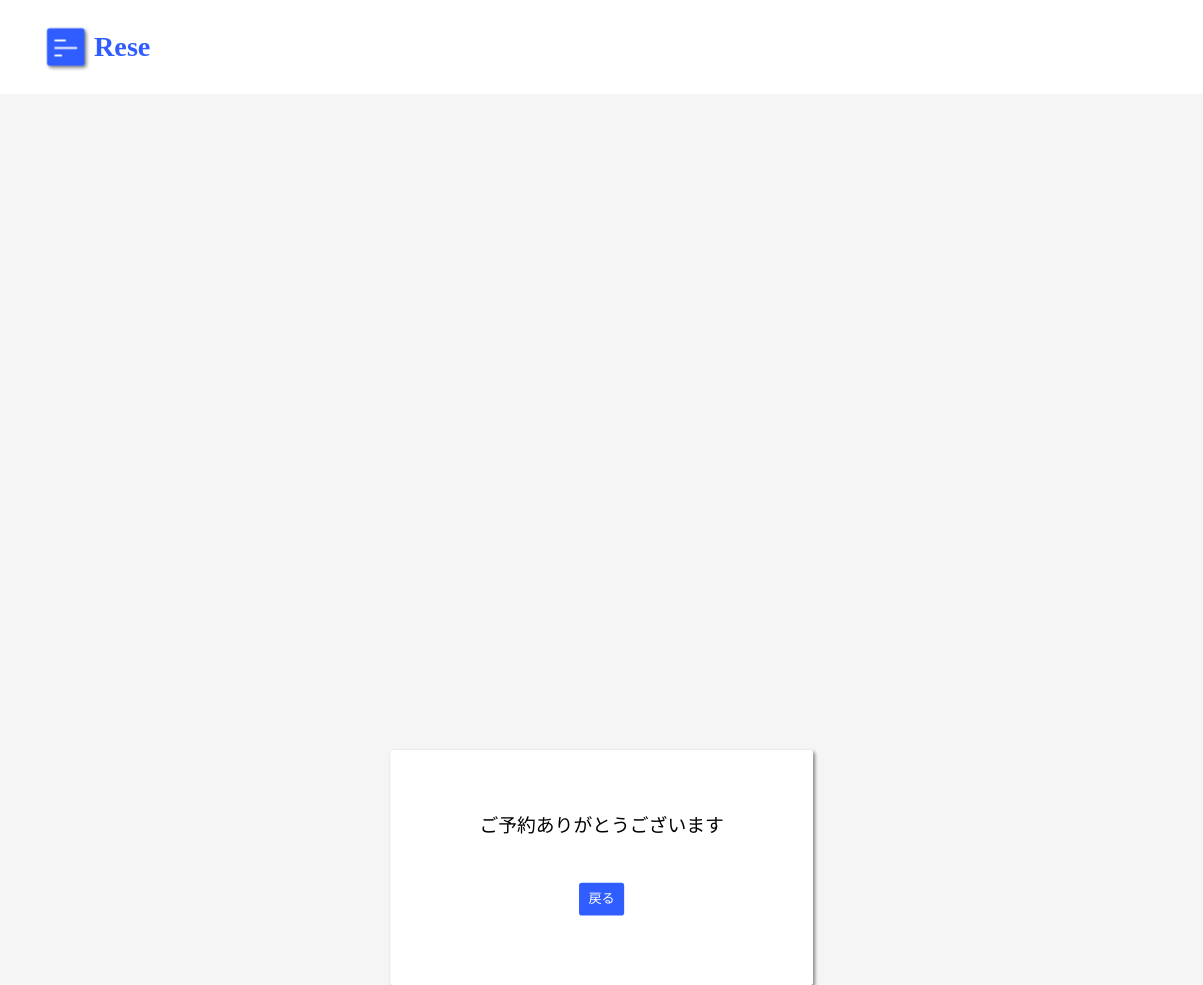
Repository: Haruka-Wada/Rese
Page: http://localhost/done
An editor plug-in stored every save of this project. The page is shown before and after a run of saves, followed by the edit.
The browser window is 1280 px wide. The pictures show the whole page, at 94% of full size.
The page is served by the project's Laravel application, run on PHP 8.4 with Laravel 8. Other server files are loaded and not shown.

Above is the page before, as saved 2024-10-28 15:24:21.

### src/routes/web.php
<?php

use App\Http\Controllers\ReseController;
use Illuminate\Support\Facades\Route;

/*
|--------------------------------------------------------------------------
| Web Routes
|--------------------------------------------------------------------------
|
| Here is where you can register web routes for your application. These
| routes are loaded by the RouteServiceProvider within a group which
| contains the "web" middleware group. Now create something great!
|
*/

Route::get('/', [ReseController::class, 'index']);
Route::get('/done', [ReseController::class, 'done']);

### src/app/Http/Controllers/ReseController.php
<?php

namespace App\Http\Controllers;

use Illuminate\Http\Request;

class ReseController extends Controller
{
    function index() {
        return view('shop_all');
    }

    function done() {
        return view('done');
    }
}

### src/resources/views/done.blade.php
@extends('layouts.app')

@section('css')
<link rel="stylesheet" href="{{ asset('css/thanks_done.css') }}">
@endsection

@section('main')
<div class="main__container">
    <div class="main__text">
        <p>ご予約ありがとうございます</p>
    </div>
    <div class="main__login">
        <a class="main__login-button" href="./">戻る</a>
    </div>
</div>
@endsection

### src/resources/views/layouts/app.blade.php
<!DOCTYPE html>
<html lang="ja">

<head>
    <meta charset="UTF-8">
    <meta name="viewport" content="width=device-width, initial-scale=1.0">
    <title>Rese</title>
    <link rel="stylesheet" href="{{ asset('css/sanitize.css') }}">
    <link rel="stylesheet" href="{{ asset('css/app.css') }}">
    @yield('css')
    <script src="https://ajax.googleapis.com/ajax/libs/jquery/3.3.1/jquery.min.js"></script>
</head>

<body>
    <header>
        <div class="header__overlay">
            <div class="header">
                <div class="header__hamburger">
                    <span></span>
                    <span></span>
                    <span></span>
                </div>
                <h1 class="header__logo">Rese</h1>
            </div>
        </div>
        <div class="body__overlay">
            <ul class="hamburger__menu">
                <li><a href="/" class="hamburger__menu-link">HOME</a></li>
                @if(Auth::check())
                <li>
                    <form action="/logout" method="post">
                        @csrf
                        <button class="hamburger__menu-logout">Logout</button>
                    </form>
                </li>
                <li><a href="/" class="hamburger__menu-link">Mypage</a></li>
                @else
                <li><a href="/register" class="hamburger__menu-link registration">Registration</a></li>
                <li><a href="/login" class="hamburger__menu-link">Login</a></li>
                @endif
            </ul>
        </div>
    </header>
    <main>
        @yield('main')
    </main>

    <script type="text/javascript">
        $(function() {
            $('.header__hamburger').click(function() {
                $('.header__hamburger,.header__logo,.hamburger__menu,.header,.body__overlay').toggleClass('active');
            });
        });
    </script>
</body>

</html>

### src/public/css/sanitize.css
/*
html5doctor.com Reset Stylesheet
v1.6.1
Last Updated: 2010-09-17
Author: Richard Clark - http://richclarkdesign.com
Twitter: @rich_clark
*/

html,
body,
div,
span,
object,
iframe,
h1,
h2,
h3,
h4,
h5,
h6,
p,
blockquote,
pre,
abbr,
address,
cite,
code,
del,
dfn,
em,
img,
ins,
kbd,
q,
samp,
small,
strong,
sub,
sup,
var,
b,
i,
dl,
dt,
dd,
ol,
ul,
li,
fieldset,
form,
label,
legend,
table,
caption,
tbody,
tfoot,
thead,
tr,
th,
td,
article,
aside,
canvas,
details,
figcaption,
figure,
footer,
header,
hgroup,
menu,
nav,
section,
summary,
time,
mark,
audio,
video {
    margin: 0;
    padding: 0;
    border: 0;
    outline: 0;
    font-size: 100%;
    vertical-align: baseline;
    background: transparent;
}

body {
    line-height: 1;
}

article,
aside,
details,
figcaption,
figure,
footer,
header,
hgroup,
menu,
nav,
section {
    display: block;
}

nav ul {
    list-style: none;
}

blockquote,
q {
    quotes: none;
}

blockquote:before,
blockquote:after,
q:before,
q:after {
    content: '';
    content: none;
}

a {
    margin: 0;
    padding: 0;
    font-size: 100%;
    vertical-align: baseline;
    background: transparent;
}

/* change colours to suit your needs */
ins {
    background-color: #ff9;
    color: #000;
    text-decoration: none;
}

/* change colours to suit your needs */
mark {
    background-color: #ff9;
    color: #000;
    font-style: italic;
    font-weight: bold;
}

del {
    text-decoration: line-through;
}

abbr[title],
dfn[title] {
    border-bottom: 1px dotted;
    cursor: help;
}

table {
    border-collapse: collapse;
    border-spacing: 0;
}

/* change border colour to suit your needs */
hr {
    display: block;
    height: 1px;
    border: 0;
    border-top: 1px solid #cccccc;
    margin: 1em 0;
    padding: 0;
}

input,
select {
    vertical-align: middle;
}

### src/public/css/app.css
body {
    background-color: whitesmoke;
    width: 100vw;
    height: 100vh;
    overflow-x: hidden;
}

.header {
    height: 10%;
    margin: 0 auto;
    display: flex;
    align-items: center;
    padding: 50px;
    position: relative;
}

.header__overlay {
    display: block;
    width: 100%;
    height: 100%;
    background-color: white;

}

.header__logo {
    color: #305DFF;
    font-size: 30px;
    position: fixed;
    left: 100px;
    transition: 1s;
}

.header__hamburger {
    width: 40px;
    height: 40px;
    position: relative;
    position: fixed;
    background-color: #305DFF;
    border-radius: 3px;
    box-shadow: 2px 2px 4px gray;
}

.header__hamburger span {
    position: absolute;
    height: 2px;
    background-color: white;
    transition: .5s;
}

.header__hamburger span:first-of-type {
    width: 30%;
    top: 30%;
    left: 20%;
}

.header__hamburger span:nth-of-type(2) {
    width: 60%;
    top: 50%;
    left: 20%;
}

.header__hamburger span:last-of-type {
    width: 20%;
    top: 70%;
    left: 20%;
}

.hamburger__menu {
    background-color: white;
    width: 100%;
    padding: 100px 0;
    position: fixed;
    top: 130px;
    left: 0;
    transform: translateX(-100%);
    transition: .5s;
}

.hamburger__menu li {
    text-align: center;
    list-style: none;
    line-height: 300%;
}

.hamburger__menu-link {
    color: #305DFF;
    font-size: 25px;
    text-decoration: none;
    font-weight: 550;
}

.hamburger__menu-logout {
    border: none;
    outline: none;
    background-color: white;
    color: #305DFF;
    font-size: 25px;
    margin: 20px;
}

.registration {
    display: block;
    margin: 20px;
}

.body__overlay {
    height: 90vh;
    margin: 0 auto;
    display: flex;
    align-items: center;
    position: relative;
    overflow: hidden;
}

.body__overlay.active:after {
    position: absolute;
    content: '';
    top: 0;
    left: 0;
    background: white;
    width: 100%;
    height: 100%;
    z-index: -1;
    transform: translateX(-100%);
    animation-name: test_box_slide;
    animation-duration: .5s;
    animation-fill-mode: forwards;
    transform: translateX(-100%);
}

@keyframes test_box_slide {
    0% {
        transform: translate(-100%, 0)
    }

    100% {
        transform: translate(0, 0)
    }
}

.header__hamburger.active span:first-of-type {
    top: 50%;
    width: 60%;
    transform: rotate(45deg);
}

.header__hamburger.active span:nth-of-type(2) {
    opacity: 0;
}

.header__hamburger.active span:last-of-type {
    top: 50%;
    width: 60%;
    transform: rotate(-45deg);
}

.hamburger__menu.active {
    transform: translateX(0);
    z-index: 1;
}

.header__logo.active {
    opacity: 0;
}

### src/public/css/thanks_done.css
.main__container {
    width: 450px;
    height: 250px;
    margin: 50px auto;
    background-color: white;
    border-radius: 3px;
    box-shadow: 2px 2px 4px gray;
}

.main__text {
    text-align: center;
    font-size: 20px;
    padding: 70px 0 60px;
}

.main__login {
    text-align: center;
}

.main__login-button {
    text-decoration: none;
    background-color: #305DFF;
    color: white;
    padding: 10px;
    border-radius: 3px;
    font-size: 14px;
}

Loaded but not shown: src/app/Http/Controllers/Controller.php (common file)

After the next 2 saves:
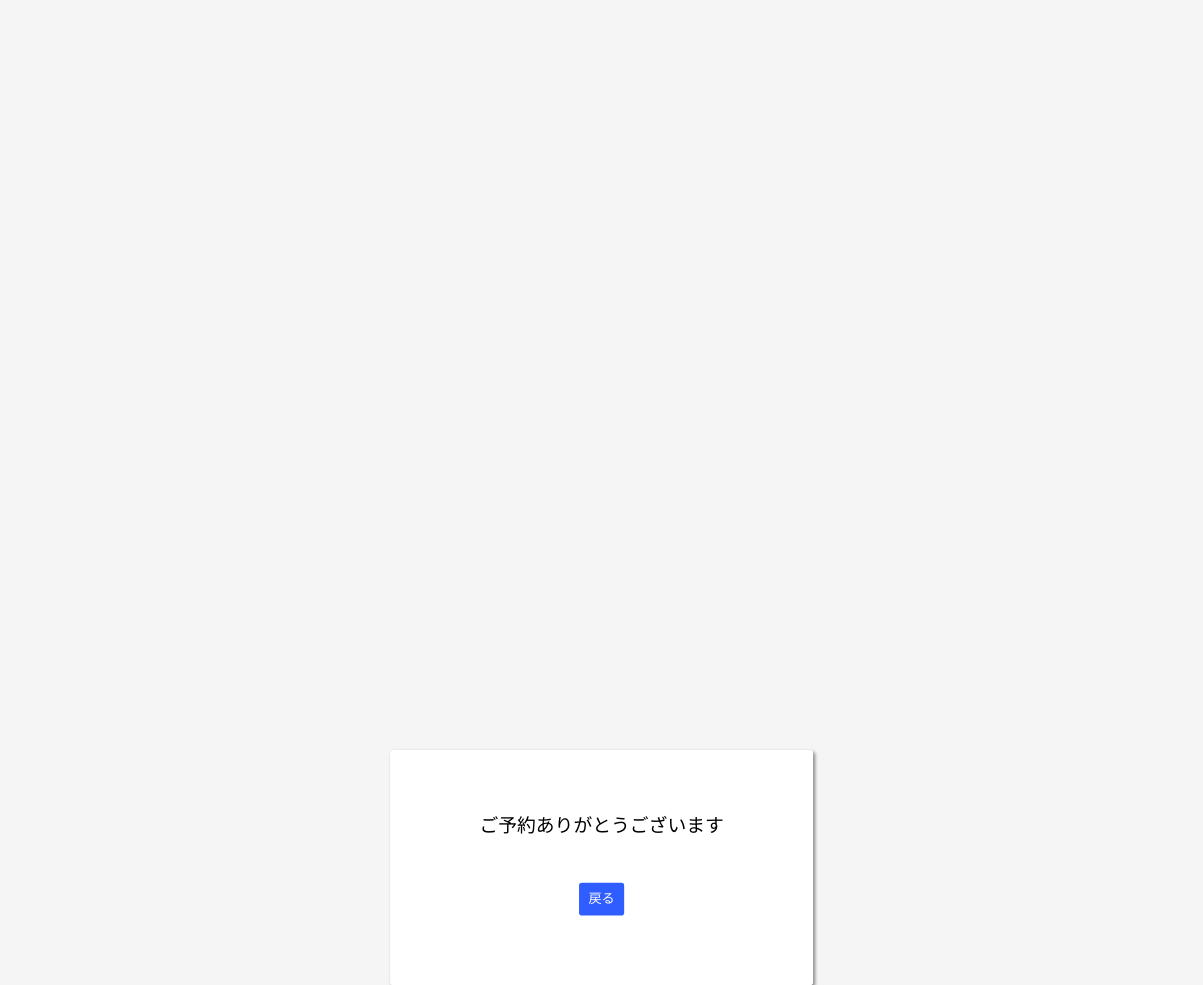
The 2 saves are shown as one change because they came seconds apart.
The last was saved 25 s later.
--- a/src/public/css/app.css
+++ b/src/public/css/app.css
@@ -19,7 +19,8 @@ body {
     width: 100%;
     height: 100%;
     background-color: white;
-
+    transform: translateX(-100%);
+    transition: .5s;
 }
 
 .header__logo {

After the 4 saves that followed:
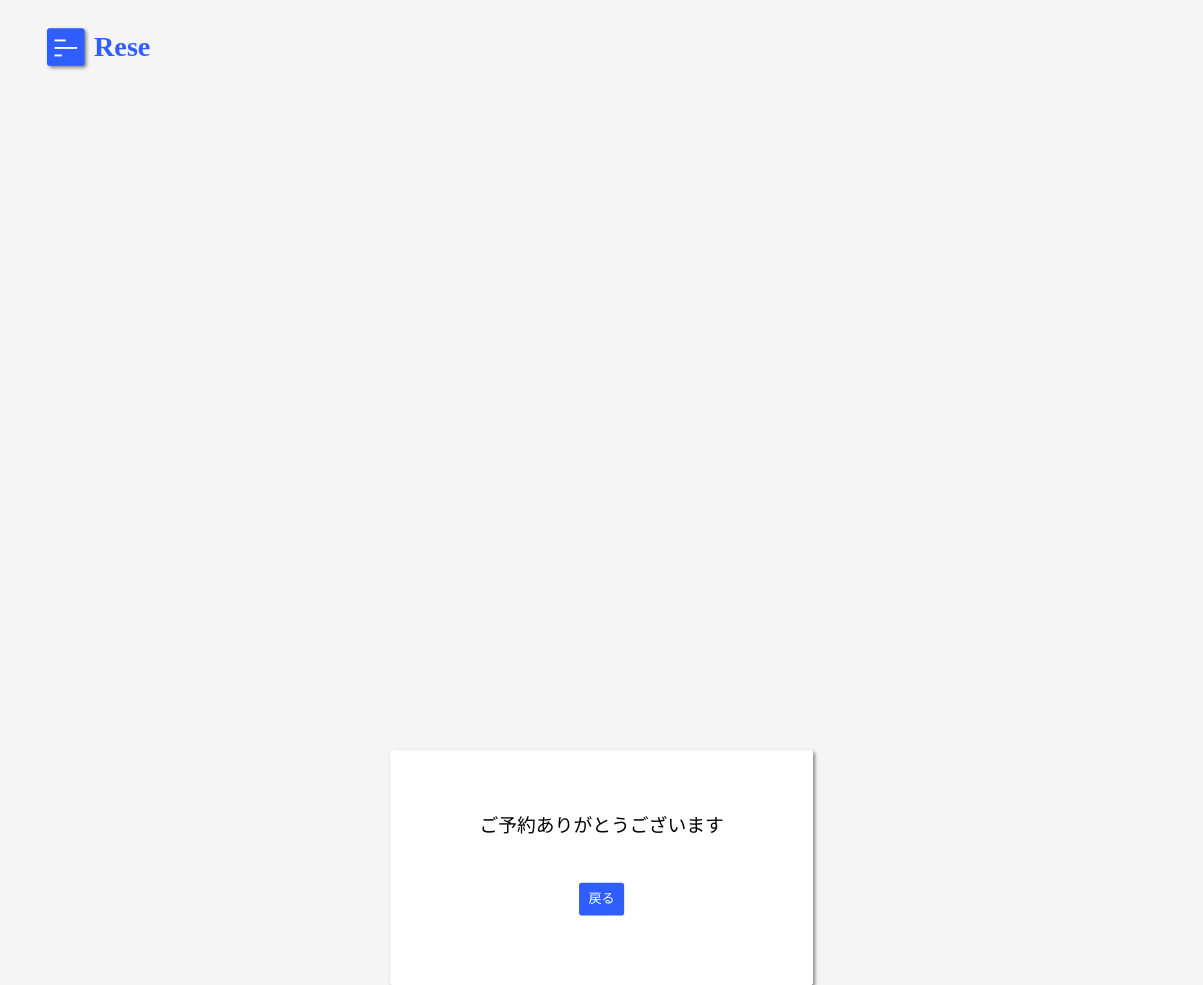
The 4 saves are shown as one change because they came seconds apart.
The last was saved 46 s later.
--- a/src/public/css/app.css
+++ b/src/public/css/app.css
@@ -12,6 +12,7 @@ body {
     align-items: center;
     padding: 50px;
     position: relative;
+    transform: translateX(100%);
 }
 
 .header__overlay {
